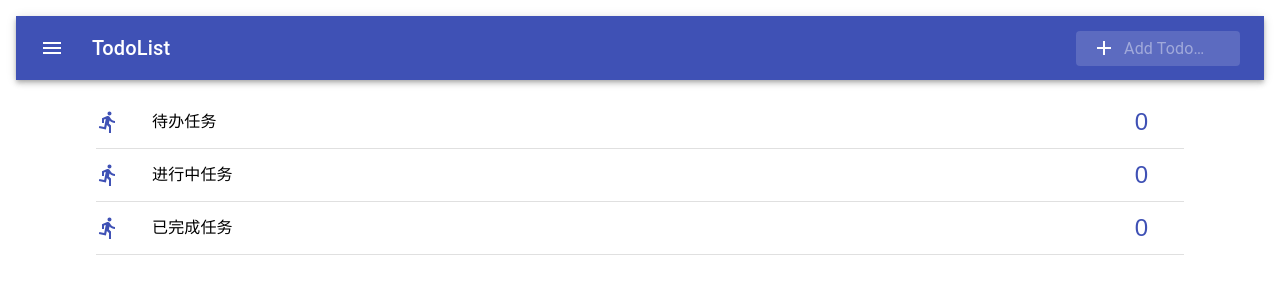
Repository: harperl71/TodoList
Page: /
The author's editor kept a copy of each file at every save. The page is drawn from the files as they stood at one save, then again after the next save.
The browser window is 1280 px wide. The pictures show the whole page.
The project was rebuilt for these pictures with package versions that can differ from the ones it lists, and the page was loaded fresh each time. Also part of the build but not shown: src/components/content/task-item/index.tsx.

Above is the page before, as saved 2021-05-21 09:42:58.

After the next save:
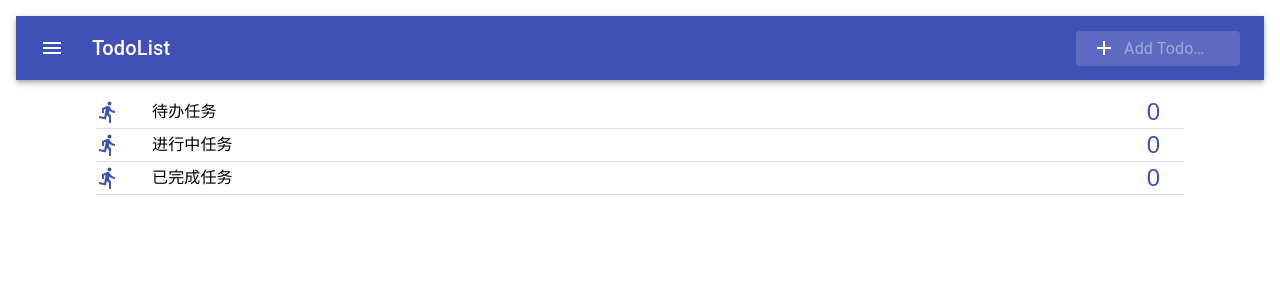
Saved 84 s later.
--- a/src/components/content/task-list/index.tsx
+++ b/src/components/content/task-list/index.tsx
@@ -26,6 +26,7 @@ const useStyles = makeStyles((theme) => ({
   },
   listnum: {
     marginRight: theme.spacing(3),
+    padding: 0,
     color: "secondary",
   },
 }));
